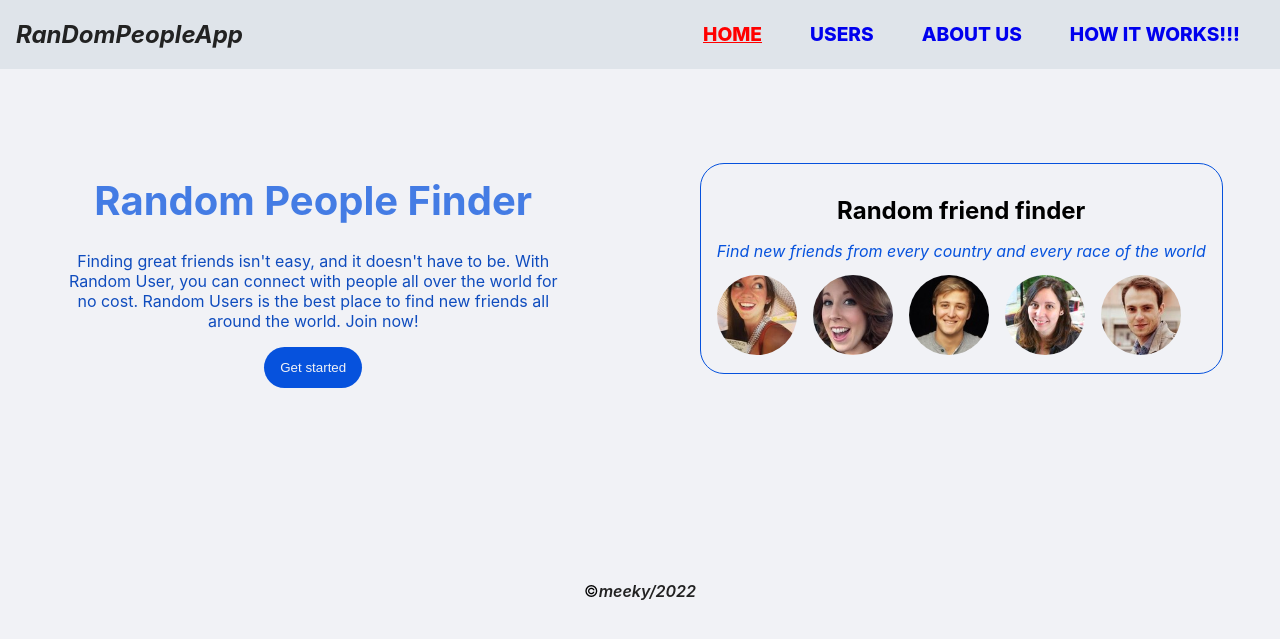
Repository: MikkyPrestige/RandomProfiles
Page: /
An editor plug-in stored every save of this project. The page is shown before and after the next save, followed by the edit.
The browser window is 1280 px wide. The pictures show the whole page.
The project was rebuilt for these pictures with package versions that can differ from the ones it lists, and the page was loaded fresh each time. Also part of the build but not shown: src/components/users.jsx, src/assets/styles/search.css, src/components/search.jsx, src/assets/styles/help.css, src/components/help.jsx, src/assets/styles/about.css, src/components/about.jsx, src/assets/styles/error.css and 2 more.

Above is the page before, as saved 2022-11-28 03:17:54.

After the next save:
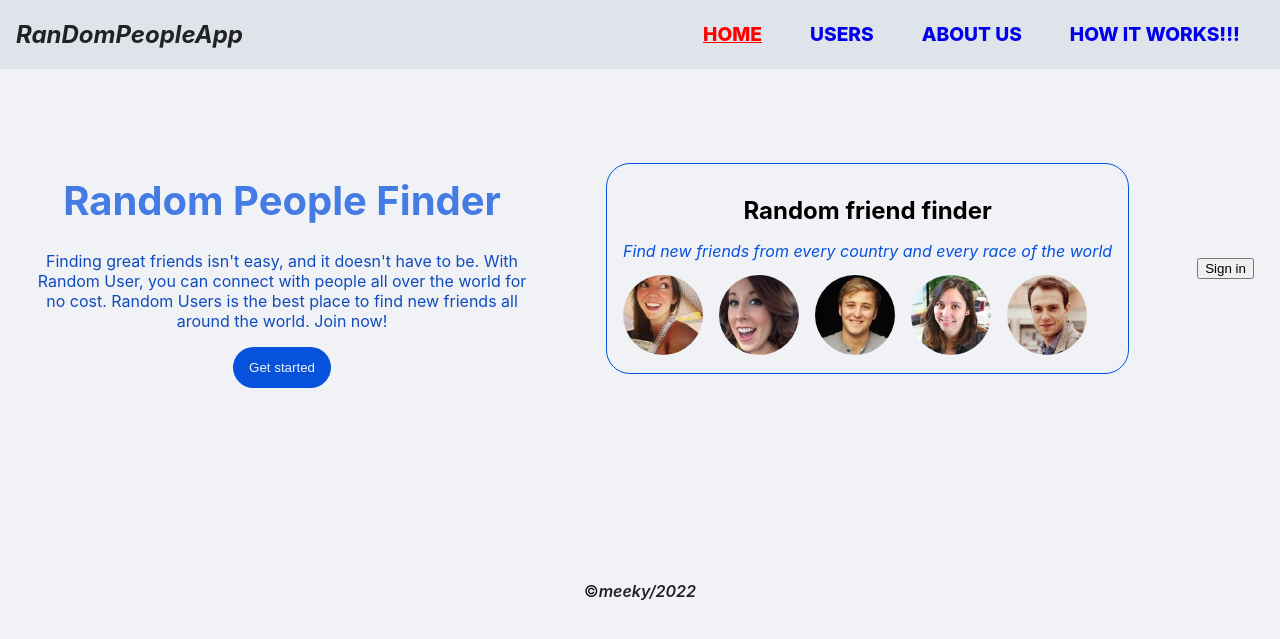
Saved 3 min 5 s later.
--- a/src/components/home.jsx
+++ b/src/components/home.jsx
@@ -34,6 +34,10 @@ const Home = () => {
             <Avatar image={SecondMale} alt="Male Two" />
           </div>
         </div>
+        {/* // sign in button */}
+        <div className="home__signIn">
+          <button onClick={getStarted} className="home__signIn-btn">Sign in</button>
+          </div>
       </div>
     </div>
   );

After the save that followed:
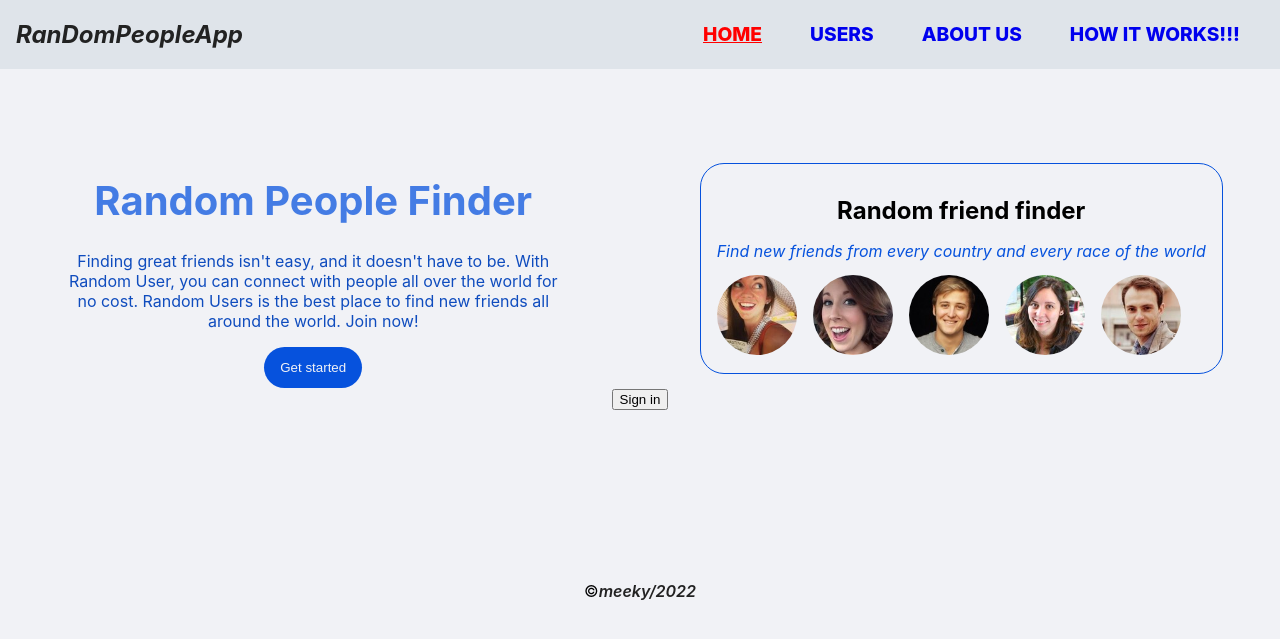
Saved 44 s later.
--- a/src/components/home.jsx
+++ b/src/components/home.jsx
@@ -34,11 +34,11 @@ const Home = () => {
             <Avatar image={SecondMale} alt="Male Two" />
           </div>
         </div>
-        {/* // sign in button */}
-        <div className="home__signIn">
+      </div>
+      {/* // sign in button */}
+      <div className="home__signIn">
           <button onClick={getStarted} className="home__signIn-btn">Sign in</button>
           </div>
-      </div>
     </div>
   );
 };
